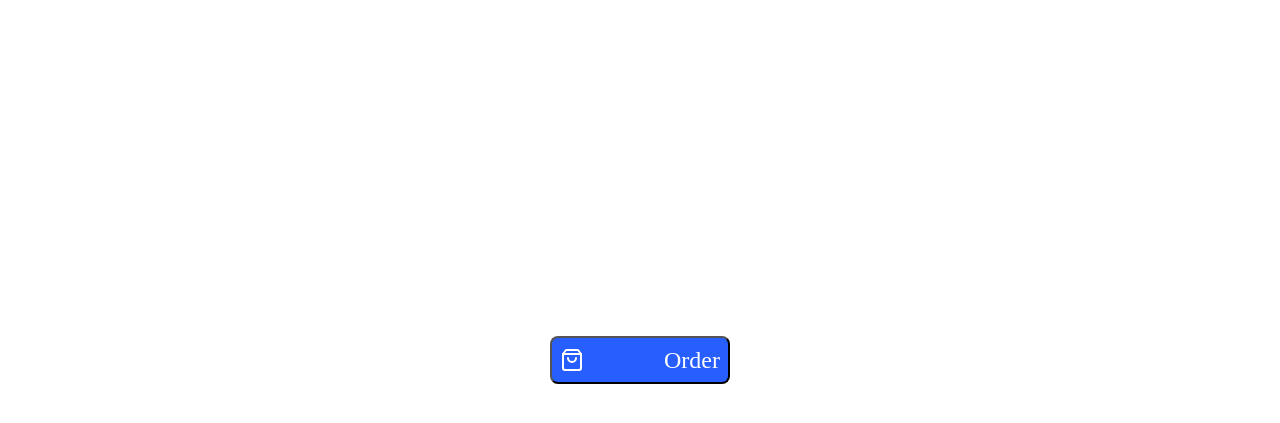
Repository: hjubsoni/hex-ocean-task
Page: /
The author's editor kept a copy of each file at every save. The page is drawn from the files as they stood at one save, then again after the next save.
The browser window is 1280 px wide. The pictures show the whole page.
The project was rebuilt for these pictures with package versions that can differ from the ones it lists, and the page was loaded fresh each time. Also part of the build but not shown: vite.config.ts.

Above is the page before, as saved 2023-03-20 21:28:29.

After the next save:
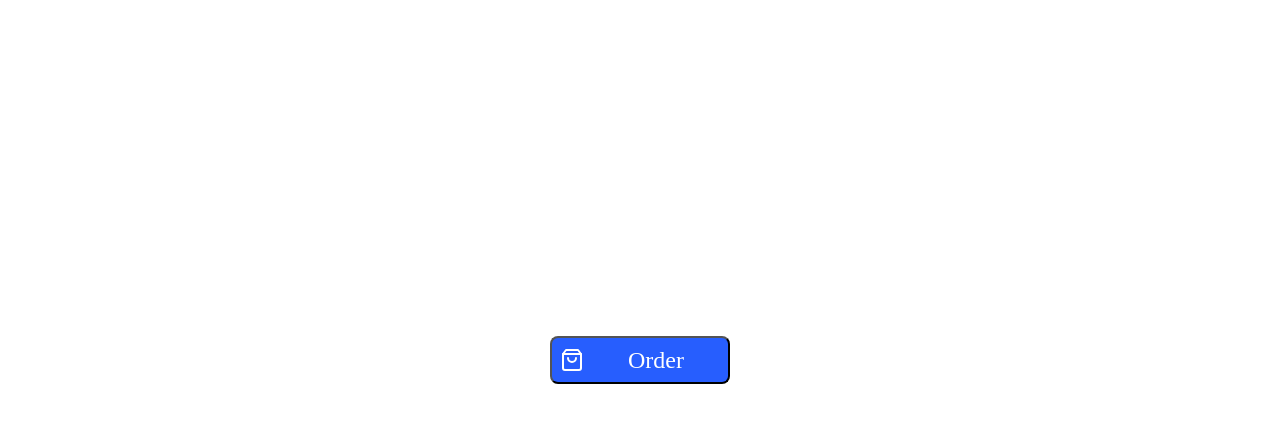
Saved 6 s later.
--- a/src/App.css
+++ b/src/App.css
@@ -21,6 +21,7 @@
   font-size: 1.5rem;
   color: white;
   margin-left: auto;
+  margin-right: auto;
 }
 
 .icon-wrapper {
